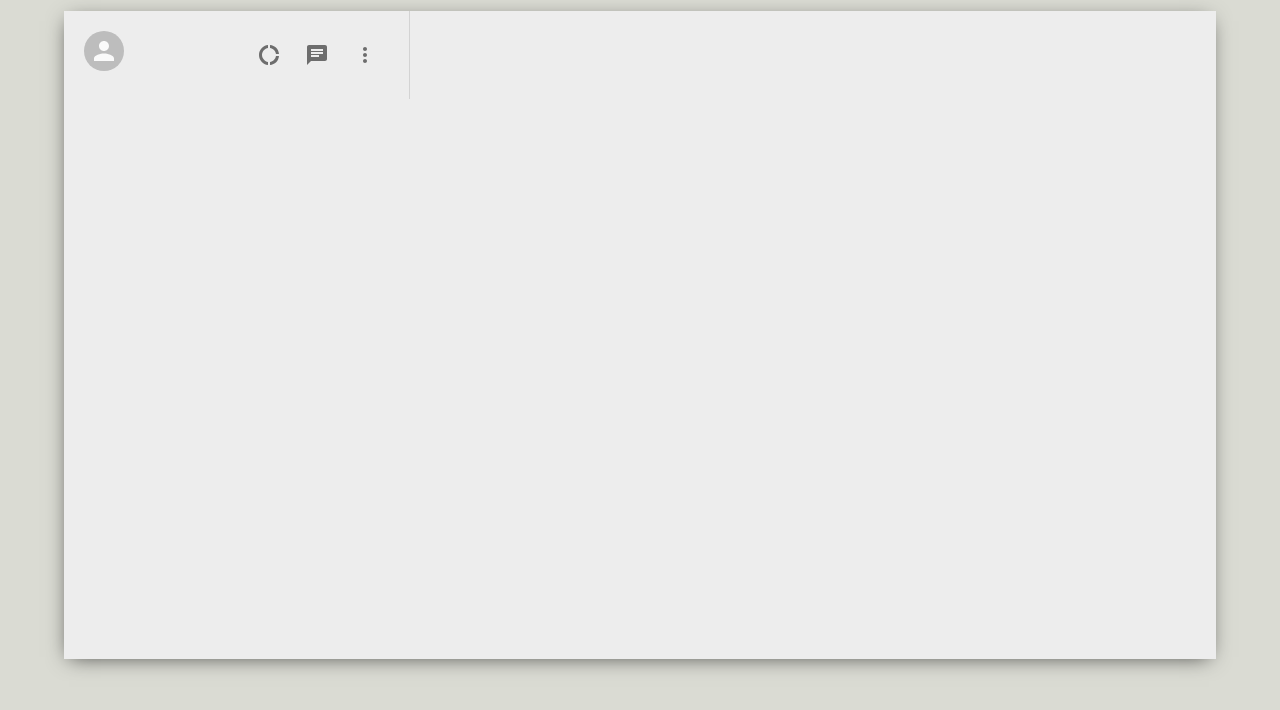
Repository: om1ars/functinal-chat
Page: /
An editor plug-in stored every save of this project. The page is shown before and after the next save, followed by the edit.
The browser window is 1280 px wide. The pictures show the whole page.
The project was rebuilt for these pictures with package versions that can differ from the ones it lists, and the page was loaded fresh each time.

Above is the page before, as saved 2021-11-22 12:56:27.

### src/App.js
import "./App.css";
import Sidebar from "./components/Sidebar";

function App() {
  return (
    <div className="app">
      <div className="app__body">
        <Sidebar />
      </div>
    </div>
  );
}

export default App;

### src/App.css
.app {
  background-color: #dadbd3;
  height: 100vh;
  display: grid;
  place-items: center;
}
.app__body {
  display: flex;
  width: 90vw;
  background-color: #ededed;
  margin-top: -50px;
  box-shadow: -1px 4px 20px -6px rgba(0, 0, 0, 0.7);
  height: 90vh;
}

### src/components/Sidebar.js
import React from "react";
import "./Sisdebar.css";
import { Avatar, IconButton } from "@material-ui/core";
import { DonutLarge, Chat, MoreVert } from "@material-ui/icons";
function Sidebar() {
  return (
    <div className="sidebar">
      <div className="sidebar__header">
        <Avatar />
        <div className="sidebar__headerRight">
          <IconButton>
            <DonutLarge />
          </IconButton>
          <IconButton>
            <Chat />
          </IconButton>
          <IconButton>
            <MoreVert />
          </IconButton>
        </div>
      </div>
      <div className="sidebar__search"></div>
      <div className="sidebar__chats"></div>
    </div>
  );
}

export default Sidebar;

### src/components/Sisdebar.css
.sidebar__header {
  display: flex;
  justify-content: space-between;
  padding: 20px;
  border-right: 1px solid lightgray;
}
.sidebar {
  flex: 0.3;
}
.sidebar__headerRight {
  display: flex;
  align-items: center;
  justify-content: space-between;
  min-width: 10vw;
}

.sidebar__headerRight > .MuiSvgIcon-root {
    margin-right: 2vw;
    font-size: 24px !important;
}

Loaded but not shown: public/index.html (common file); src/index.js (common file); src/index.css (common file)

After the next save:
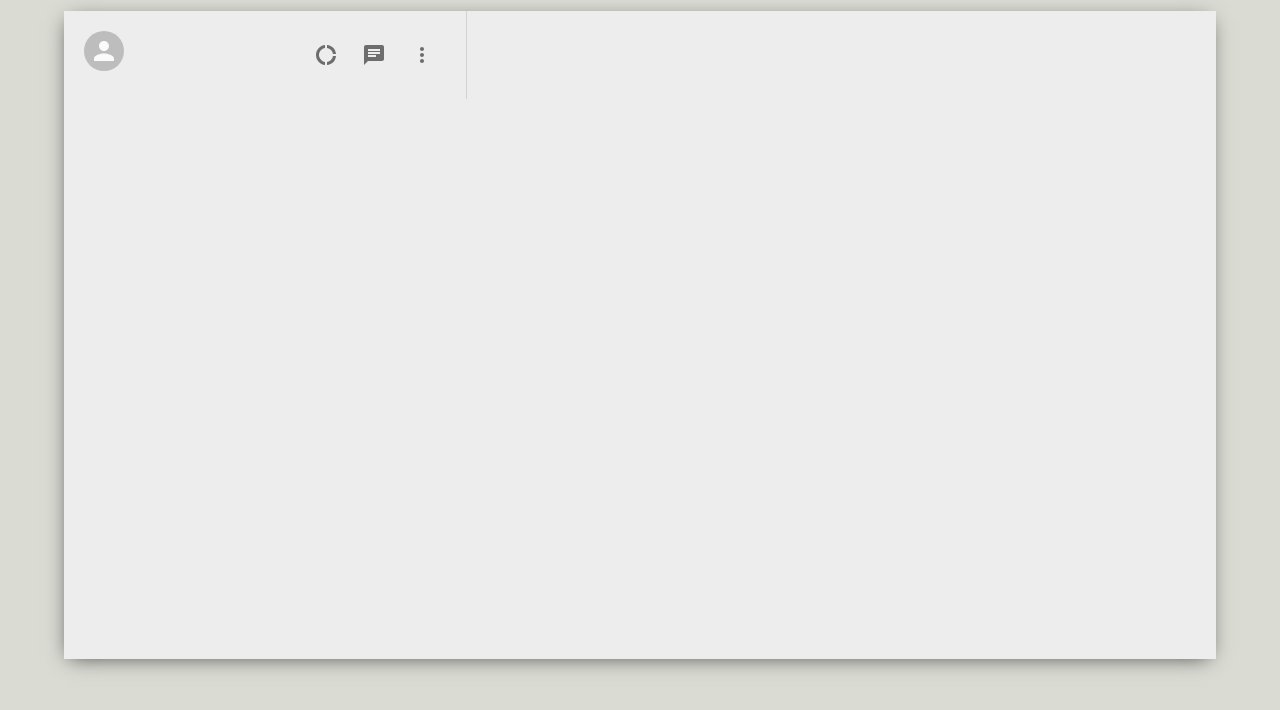
Saved 2 min 9 s later.
--- a/src/components/Sisdebar.css
+++ b/src/components/Sisdebar.css
@@ -5,7 +5,7 @@
   border-right: 1px solid lightgray;
 }
 .sidebar {
-  flex: 0.3;
+  flex: 0.35;
 }
 .sidebar__headerRight {
   display: flex;
